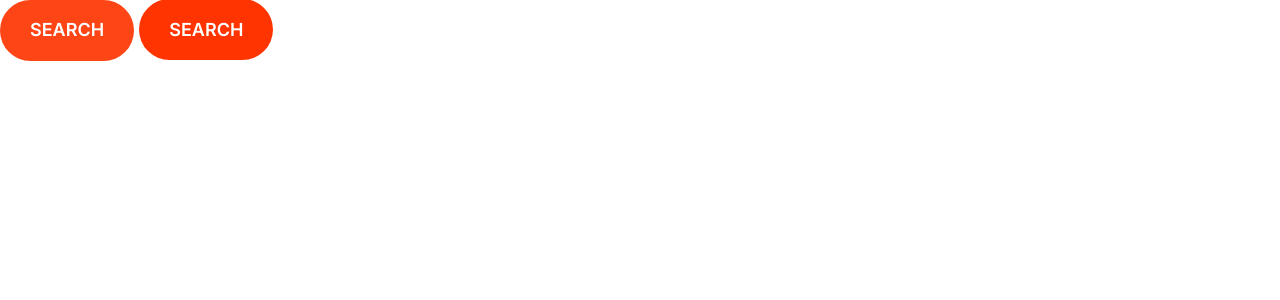
Repository: Qiwenweiii/CodeWithMosh
Page: index.html
The author's editor kept a copy of each file at every save. The page is drawn from the files as they stood at one save, then again after the next save.
The browser window is 1280 px wide. The pictures show the whole page.
The pointer rests on the first visible `.btn--accent`.

Above is the page before, as saved 2021-11-11 20:45:31.

### index.html
<!DOCTYPE html>
<html>

<head>
    <title>CodeWithMosh</title>
    <meta charset="UTF-8" />

    <link rel="preconnect" href="https://fonts.googleapis.com" />
    <link rel="preconnect" href="https://fonts.gstatic.com" crossorigin />
    <link href="https://fonts.googleapis.com/css2?family=Inter:wght@400;600;700&display=swap" rel="stylesheet" />

    <link rel="stylesheet" href="./styles/normalize.css" />
    <link rel="stylesheet" href="./styles/styles.css" />
</head>

<body>
    <!-- <div class="input-group"> -->
    <!-- <input type="text" class="input" placeholder="Enter domain name here" /> -->
    <button class="btn btn--accent">Search</button>
    <a href="#" class="btn btn--accent">Search</a>
    <!-- </div> -->
</body>

</html>

### styles/styles.css
:root {
    /* 定义配色变量 */
    /* 主体配色 */
    --color-primary: #2584ff;
    --color-secondary: #00d9ff;
    --color-accent: #ff3400;
    /* 文本配色 */
    --color-headings: #1b0760;
    --color-body: #918ca4;
    --color-border: #ccc;
    --border-radius: 30px;
}


/* 字体配置 */


/* 设置默认字体大小 */

html {
    /* 默认字体大小是16px，62.5%是10px */
    font-size: 62.5%;
}


/* 设置字体，字体大小和文本颜色 */

body {
    font-family: Inter, Arial, Helvetica, sans-serif;
    color: var(--color-body);
    font-size: 2.4rem;
    line-height: 1.5;
}

h1,
h2,
h3 {
    color: var(--color-headings);
    margin-bottom: 1rem;
}

h1 {
    font-size: 7rem;
}

h2 {
    font-size: 4rem;
}

h3 {
    font-size: 3rem;
}

p {
    margin-top: 0;
}


/* PC端页面字体大小 */

@media screen and (min-width: 1024px) {
    body {
        font-size: 1.8rem;
    }
    h1 {
        font-size: 8rem;
    }
    h3 {
        font-size: 2.4rem;
    }
}


/* 链接配置,Links */

a {
    text-decoration: none;
}

.link-arrow {
    color: var(--color-accent);
    text-transform: uppercase;
    font-size: 2rem;
    font-weight: bold;
}

.link-arrow::after {
    content: "-->";
    margin-left: 5px;
    transition: margin 0.15s;
}

.link-arrow:hover::after {
    margin-left: 10px;
}

@media screen and (min-width: 1024px) {
    .link-arrow {
        font-size: 1.5rem;
    }
}


/* 标签的样式 */


/* 结构 */

.badge {
    border-radius: 20px;
    padding: 0.5rem 2rem;
    font-weight: 600;
    font-size: 2rem;
    white-space: nowrap;
}


/* 外观，常规标签 */

.badge--primary {
    background: var(--color-primary);
    color: #fff;
}

.badge--secondary {
    background: var(--color-secondary);
    color: #fff;
}


/* 小标签 */

.badge--small {
    font-size: 1.6rem;
}

@media screen and (min-width: 1024px) {
    .badge {
        font-size: 1.5rem;
    }
    .badge--small {
        font-size: 1.2rem;
    }
}


/* 列表 */

.list {
    list-style: none;
    padding-left: 0;
    color: var(--color-headings);
}

.list--inline .list__item {
    display: inline-block;
    margin-right: 2rem;
}

.list--tick {
    padding-left: 3rem;
    list-style-image: url(../images/tick.svg);
}

.list--tick .list__item {
    padding-left: 0.5rem;
    margin-bottom: 1rem;
}

@media screen and (min-width: 1024px) {
    .list--tick .list__item {
        padding-left: 0;
    }
}


/* Icon，图标 */

.icon-container {
    display: flex;
    justify-content: center;
    align-items: center;
    background: #f3f9fa;
    width: 64px;
    height: 64px;
    border-radius: 100%;
}

.icon {
    width: 40px;
    height: 40px;
}

.icon--primary {
    fill: var(--color-primary);
}


/* 按钮组件 */

.btn {
    font-size: 1.8rem;
    font-weight: 600;
    text-transform: uppercase;
    padding: 2rem 3rem;
    border: 0;
    border-radius: 40px;
    cursor: pointer;
    white-space: nowrap;
}

.btn--primary {
    background-color: var(--color-primary);
    color: #fff;
}

.btn--primary:hover {
    background-color: #fd4516;
}

.btn--secondary {
    background-color: var(--color-secondary);
    color: #fff;
}

.btn--secondary:hover {
    background-color: #00c8eb;
}

.btn--accent {
    background-color: var(--color-accent);
    color: #fff;
}

.btn--accent:hover {
    background-color: #fd4516;
}


/* 输入框组件 */

.input {
    padding: 1.5rem 3.5rem;
    border: 1px solid var(--color-border);
    border-radius: var(--border-radius);
    outline: none;
    color: var(--color-headings);
    font-size: 2rem;
}

::placeholder {
    color: #cdcdb7;
}

.input-group {
    border: 1px solid var(--color-border);
    border-radius: var(--border-radius);
}

@media screen and (min-width: 1024px) {
    .input {
        font-size: 1.5rem;
    }
}

Loaded but not shown: styles/normalize.css (library)

After the next save:
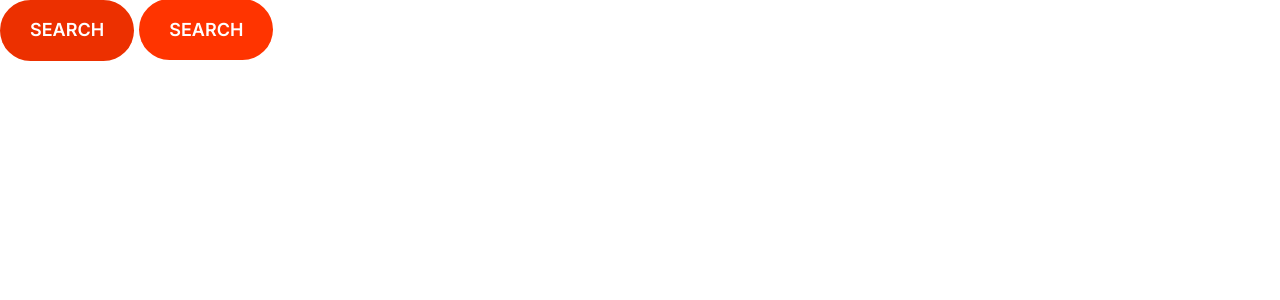
Saved 19 s later.
--- a/styles/styles.css
+++ b/styles/styles.css
@@ -233,7 +233,7 @@ a {
 }
 
 .btn--accent:hover {
-    background-color: #fd4516;
+    background-color: #ec3000;
 }
 
 
